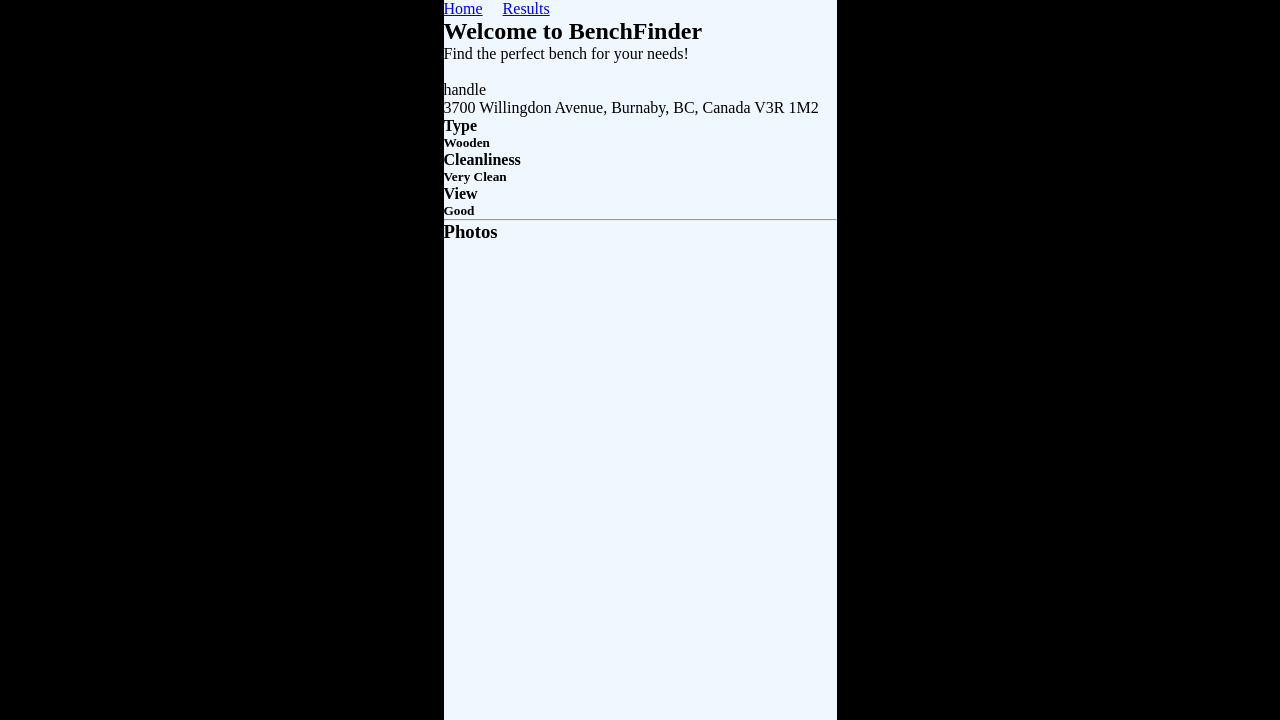
Repository: HidayatPatil/BenchFinder
Page: /
The author's editor kept a copy of each file at every save. The page is drawn from the files as they stood at one save, then again after the next save.
The browser window is 1280 px wide. The pictures show the whole page.
The project was rebuilt for these pictures with package versions that can differ from the ones it lists, and the page was loaded fresh each time. Also part of the build but not shown: vite.config.js, src/Results.jsx.

Above is the page before, as saved 2025-10-09 18:32:15.

After the next save:
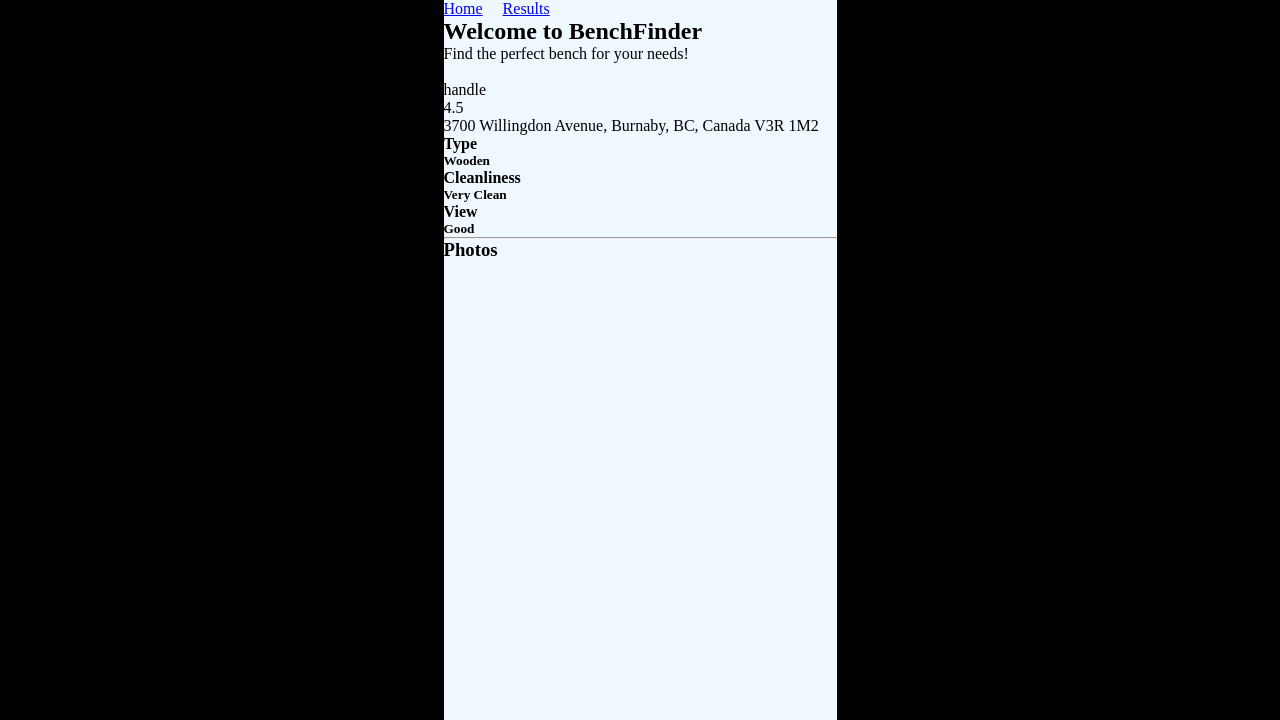
Saved 12 min 58 s later.
--- a/src/components/contentDrawer.jsx
+++ b/src/components/contentDrawer.jsx
@@ -7,7 +7,7 @@ export default function ContentDrawer() {
           <div className="metadata_name_options"></div>
           <div className="metadata_tags_rating">
             <div className="bench_tags"></div>
-            <div className="bench_rating"></div>
+            <div className="bench_rating">4.5</div>
           </div>
           <div className="metadata_address">
             3700 Willingdon Avenue, Burnaby, BC, Canada V3R 1M2
